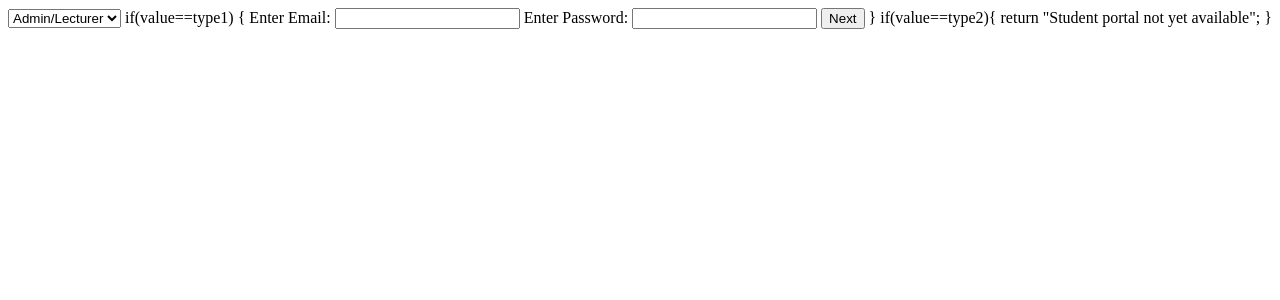
Repository: VIKAS123M/webapp
Page: schlea/src/main/webapp/First.html
An editor plug-in stored every save of this project. The page is shown before and after the next save, followed by the edit.
The browser window is 1280 px wide. The pictures show the whole page.

Above is the page before, as saved 2022-04-25 10:44:48.

After the next save:
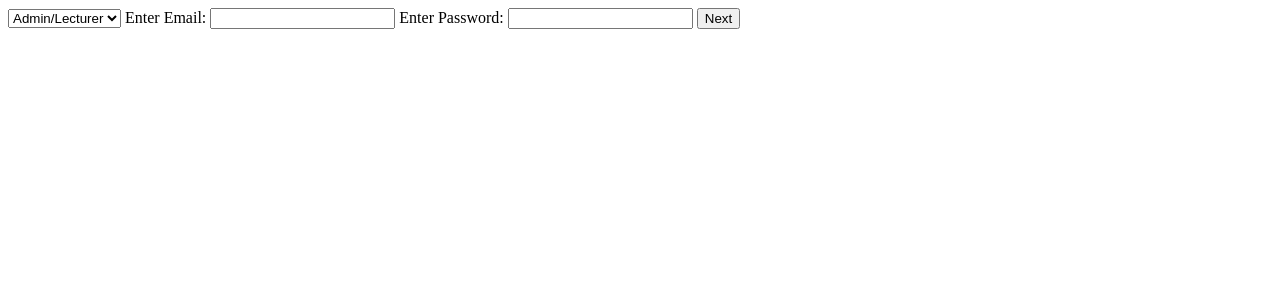
Saved 80 s later.
--- a/schlea/src/main/webapp/First.html
+++ b/schlea/src/main/webapp/First.html
@@ -10,15 +10,11 @@
   <option value="type1">Admin/Lecturer</option>
   <option value="type2">Student</option>
 </select>
- if(value==type1)
- {
  	Enter Email: <input type="email" name = "Email">
 	Enter Password: <input type="password" name = "Password">
 	<input type = "Submit" value = "Next">
-}
-if(value==type2){
-return "Student portal not yet available";
-}
+
+
 </form>
 
 </body>
